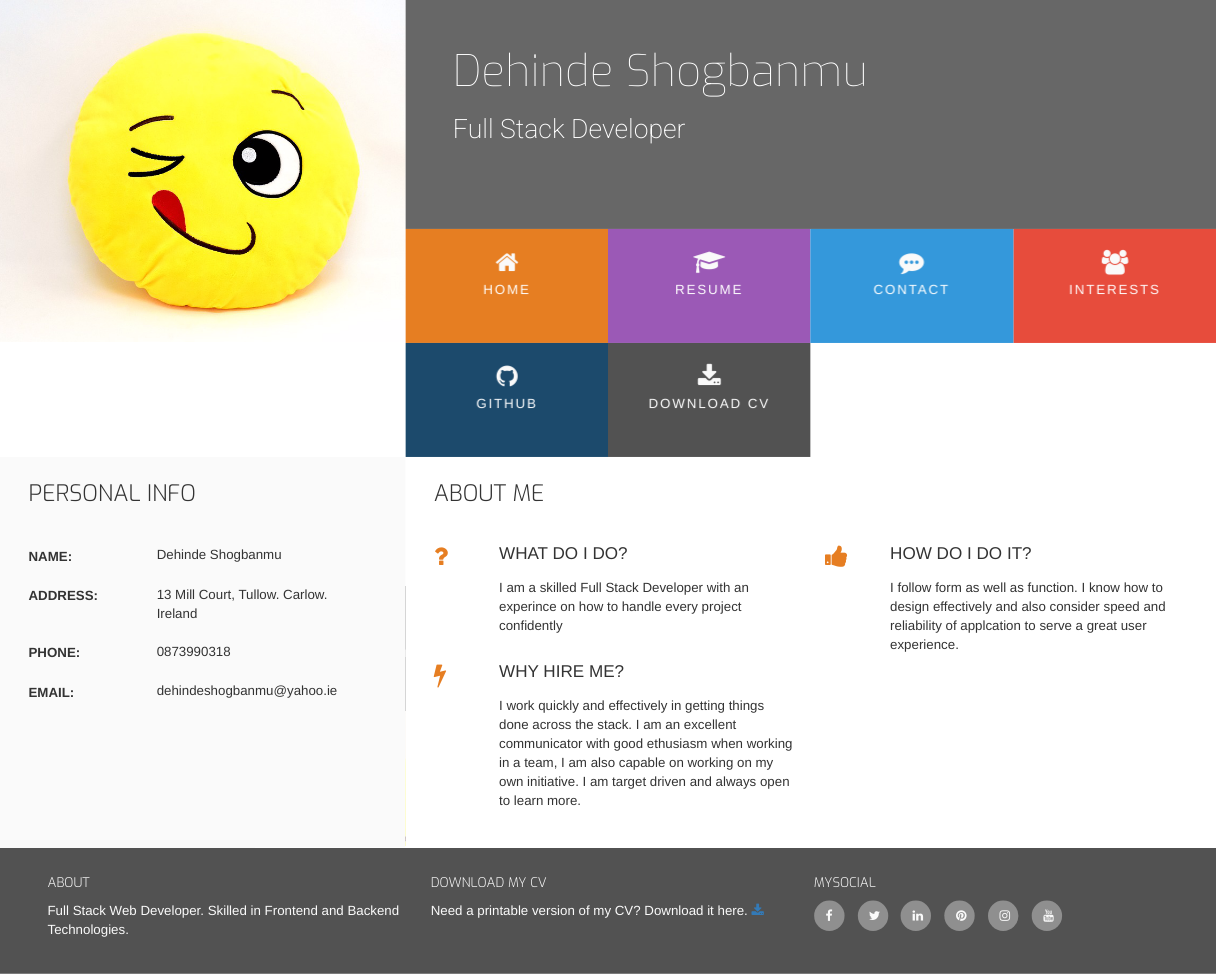
Repository: dennyshow/project_CV
Page: index.html
The author's editor kept a record of every edit. The page is drawn from the files as they stood at one moment, then again after the next edit.
The browser window is 1280 px wide. The pictures show the whole page, at 95% of full size.

Above is the page before.

After the next edit:
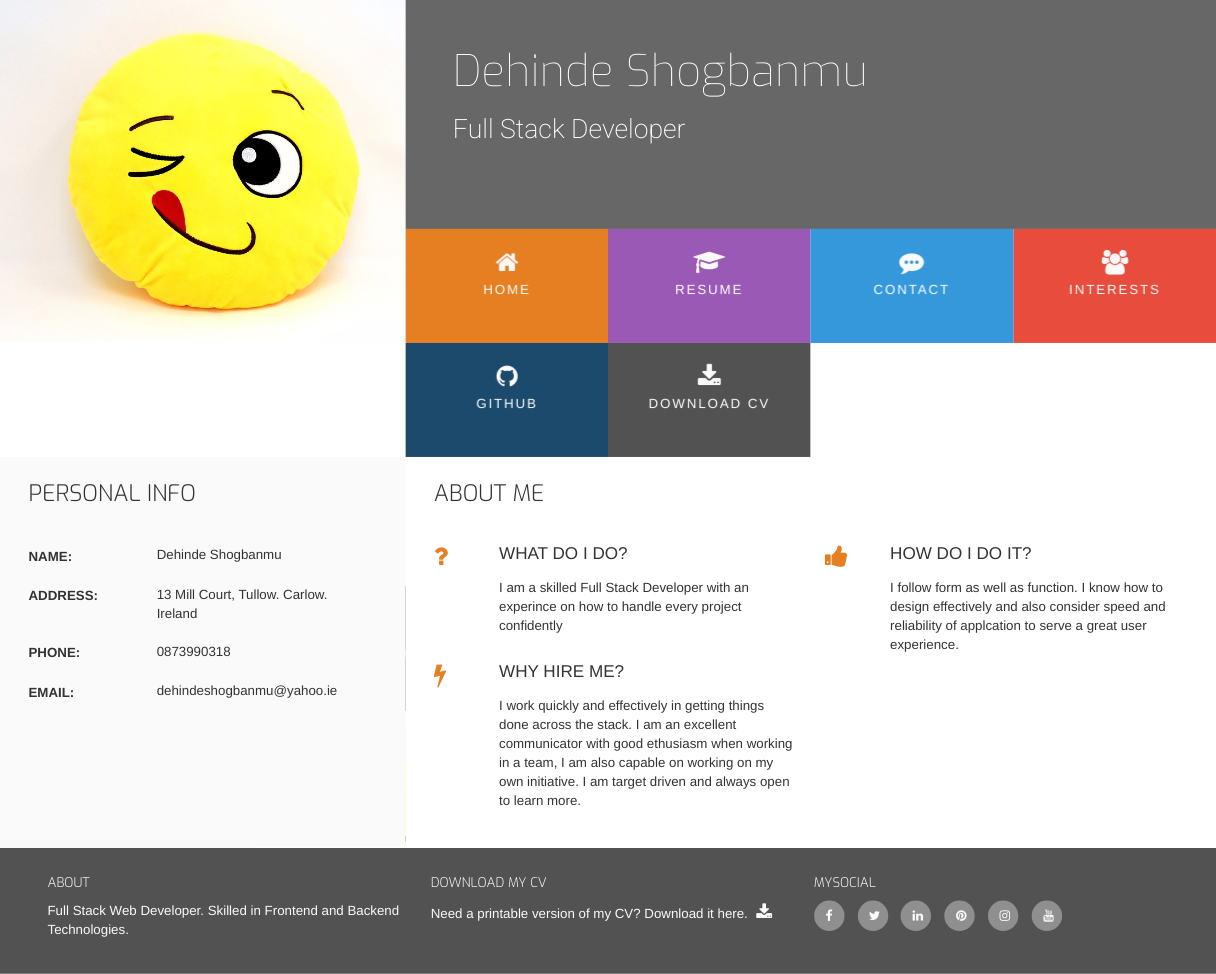
The edit:
--- a/index.html
+++ b/index.html
@@ -157,9 +157,8 @@
         <div class="col-sm-4">
             <h5 class="uppercase general-sub">Download My CV</h5>
             <p class="inline-block">
-                Need a printable version of my CV? Download it here.
-                <a href="assets/CV/Curriculum Vitae.pdf" target=" class=" cv-pdf "> <i class="fa fa-download " aria-hidden="true "></i> </a>
-
+                Need a printable version of my CV? Download it here.</p>
+                <a href="assets/CV/Curriculum Vitae.pdf" target="_blank" class=" cv-pdf "> <i class="fa fa-download " aria-hidden="true "> </i></a>
         </div>
 
 
